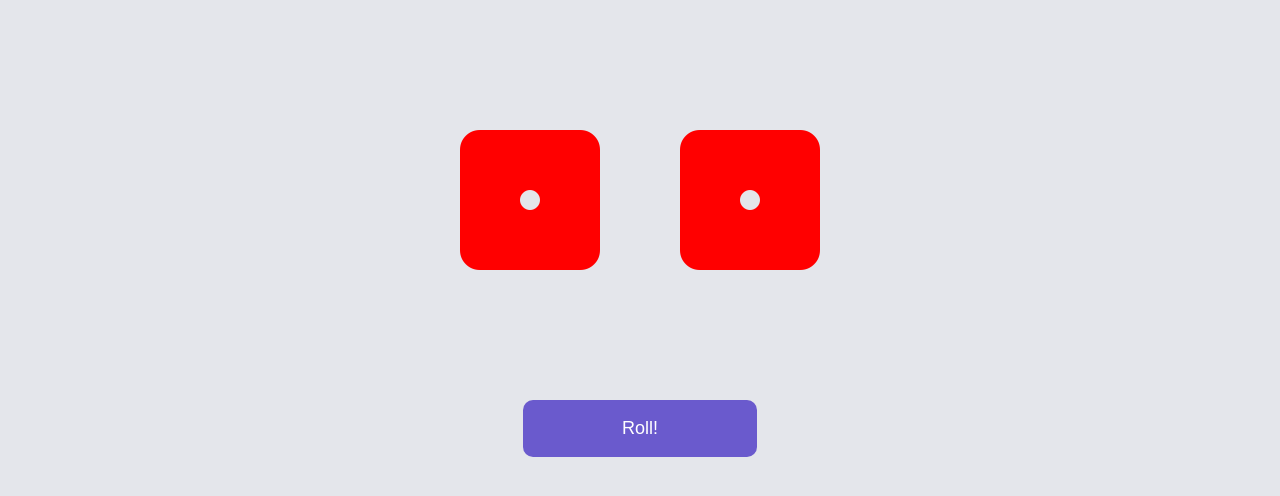
Repository: dung8466/learn-react
Page: / (app in roll-dice/)
An editor plug-in stored every save of this project. The page is shown before and after the next save, followed by the edit.
The browser window is 1280 px wide. The pictures show the whole page.
The pointer rests on the first visible `.btn`.
The project was rebuilt for these pictures with package versions that can differ from the ones it lists, and the page was loaded fresh each time. Also part of the build but not shown: roll-dice/src/App.css.

Above is the page before, as saved 2022-09-17 21:35:06.

### roll-dice/public/index.html
<!DOCTYPE html>
<html lang="en">
  <head>
    <meta charset="utf-8" />
    <link rel="icon" href="%PUBLIC_URL%/favicon.ico" />
    <meta name="viewport" content="width=device-width, initial-scale=1" />
    <meta name="theme-color" content="#000000" />
    <meta
      name="description"
      content="Web site created using create-react-app"
    />
    <link
      rel="stylesheet"
      href="https://use.fontawesome.com/releases/v5.7.0/css/all.css"
      integrity="sha384-lZN37f5QGtY3VHgisS14W3ExzMWZxybE1SJSEsQp9S+oqd12jhcu+A56Ebc1zFSJ"
      crossorigin="anonymous"
    />
    <link rel="apple-touch-icon" href="%PUBLIC_URL%/logo192.png" />
    <!--
      manifest.json provides metadata used when your web app is installed on a
      user's mobile device or desktop. See https://developers.google.com/web/fundamentals/web-app-manifest/
    -->
    <link rel="manifest" href="%PUBLIC_URL%/manifest.json" />
    <!--
      Notice the use of %PUBLIC_URL% in the tags above.
      It will be replaced with the URL of the `public` folder during the build.
      Only files inside the `public` folder can be referenced from the HTML.

      Unlike "/favicon.ico" or "favicon.ico", "%PUBLIC_URL%/favicon.ico" will
      work correctly both with client-side routing and a non-root public URL.
      Learn how to configure a non-root public URL by running `npm run build`.
    -->
    <title>React App</title>
  </head>
  <body>
    <noscript>You need to enable JavaScript to run this app.</noscript>
    <div id="root"></div>
    <!--
      This HTML file is a template.
      If you open it directly in the browser, you will see an empty page.

      You can add webfonts, meta tags, or analytics to this file.
      The build step will place the bundled scripts into the <body> tag.

      To begin the development, run `npm start` or `yarn start`.
      To create a production bundle, use `npm run build` or `yarn build`.
    -->
  </body>
</html>

### roll-dice/src/index.css
body {
  margin: 0;
  font-family: -apple-system, BlinkMacSystemFont, 'Segoe UI', 'Roboto', 'Oxygen',
    'Ubuntu', 'Cantarell', 'Fira Sans', 'Droid Sans', 'Helvetica Neue',
    sans-serif;
  -webkit-font-smoothing: antialiased;
  -moz-osx-font-smoothing: grayscale;
  background-color: #e4e6eb;
}

code {
  font-family: source-code-pro, Menlo, Monaco, Consolas, 'Courier New',
    monospace;
}

### roll-dice/src/App.js
import React, {Component} from 'react';
import './App.css';
import Rolldice from './RollDice';
class App extends Component {
  render(){
  return (
    <Rolldice />
  );
}
}

export default App;

### roll-dice/src/RollDice.js
import React, {Component} from "react";
import Dice from "./Dice";
import './RollDice.css';

class Rolldice extends Component{
    static defaultProps = {
        sides : ['one' , 'two', 'three', 'four', 'five', 'six']
    }
    constructor(props){
        super(props);
        this.state = {dice1 : 'one', dice2: 'one', rolling: false};
        this.roll = this.roll.bind(this);
    };
    roll(){
        const temp1 = this.props.sides[Math.floor(Math.random() * this.props.sides.length)];
        const temp2 = this.props.sides[Math.floor(Math.random() * this.props.sides.length)];
        this.setState({dice1 : temp1, dice2: temp2, rolling: true});
        setTimeout(() => {
            this.setState({ rolling: false });
          }, 1000);
    };
    render(){
        return(
            <div className="container">
                <div className="dice">
                    <Dice face={this.state.dice1} rolling={this.state.rolling}/>
                    <Dice face={this.state.dice2} rolling={this.state.rolling}/>
                </div>
                <button className="btn" onClick={this.roll} disabled={this.state.rolling}>
                    {this.state.rolling ? 'Rolling...' : 'Roll!'}
                </button>
            </div>
        );
    }
}

export default Rolldice;

### roll-dice/src/Dice.js
import React, {Component} from 'react';
import './Dice.css'

class Dice extends Component{
    render(){
        return(
            <i className={`fas fa-dice-${this.props.face} ${this.props.rolling && 'shaking'}`}></i>
        );
    }
}

export default Dice;

### roll-dice/src/RollDice.css
.container{
    display: flex;
    flex-direction: column;
    justify-content: center;
    align-items: center;
    gap: 5em;
}
.dice{
    display: flex;
    justify-content: center;
    align-items: center;
    margin-top: 5em;
}
.btn{
    font-size: 18px;
    width: 13em;
    padding: 1em;
    background-color: slateblue;
    color: white;
    border: 0px;
    border-radius: 10px;
}

.btn:hover{
    cursor: pointer;

}

### roll-dice/src/Dice.css
.fas{
    font-size: 10em;
    padding: 0.25em;
    color: steelblue;
    margin: 0;
}

.fa-dice-one{
    color: red;
}

.shaking {
    animation-name: wobble;
    animation-duration: 1s;
  }

  @keyframes wobble {
    from {
      transform: translate3d(0, 0, 0);
    }

    15% {
      transform: translate3d(-25%, 0, 0) rotate3d(0, 0, 1, -5deg);
    }

    30% {
      transform: translate3d(20%, 0, 0) rotate3d(0, 0, 1, 3deg);
    }

    45% {
      transform: translate3d(-15%, 0, 0) rotate3d(0, 0, 1, -3deg);
    }

    60% {
      transform: translate3d(10%, 0, 0) rotate3d(0, 0, 1, 2deg);
    }

    75% {
      transform: translate3d(-5%, 0, 0) rotate3d(0, 0, 1, -1deg);
    }

    to {
      transform: translate3d(0, 0, 0);
    }
  }

Loaded but not shown: roll-dice/src/index.js (common file); roll-dice/src/reportWebVitals.js (common file); roll-dice/public/manifest.json (common file)

After the next save:
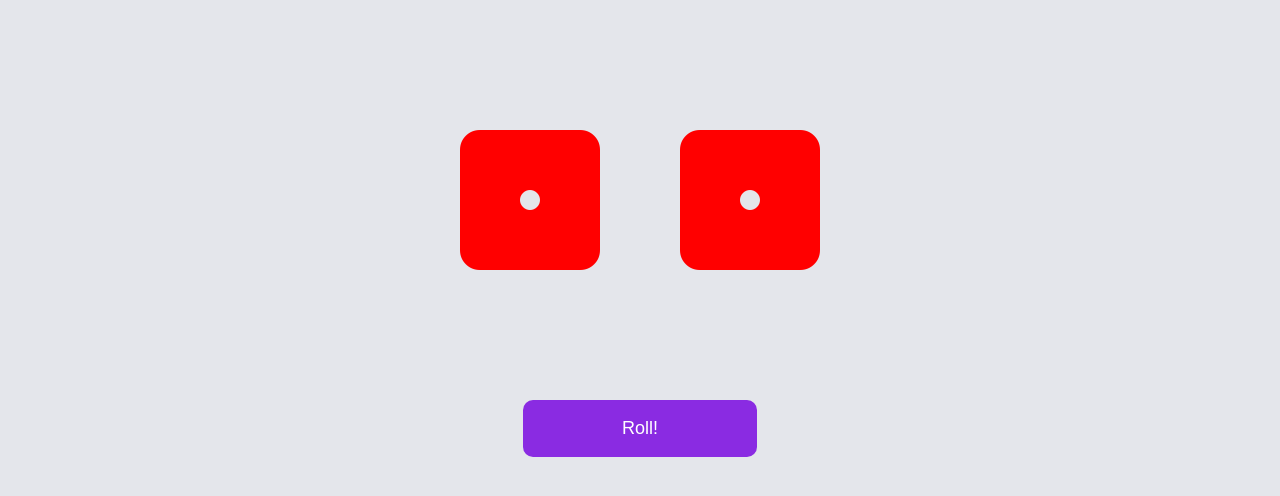
Saved 40 s later.
--- a/roll-dice/src/RollDice.css
+++ b/roll-dice/src/RollDice.css
@@ -23,5 +23,5 @@
 
 .btn:hover{
     cursor: pointer;
-
+    background-color: blueviolet;
 }
